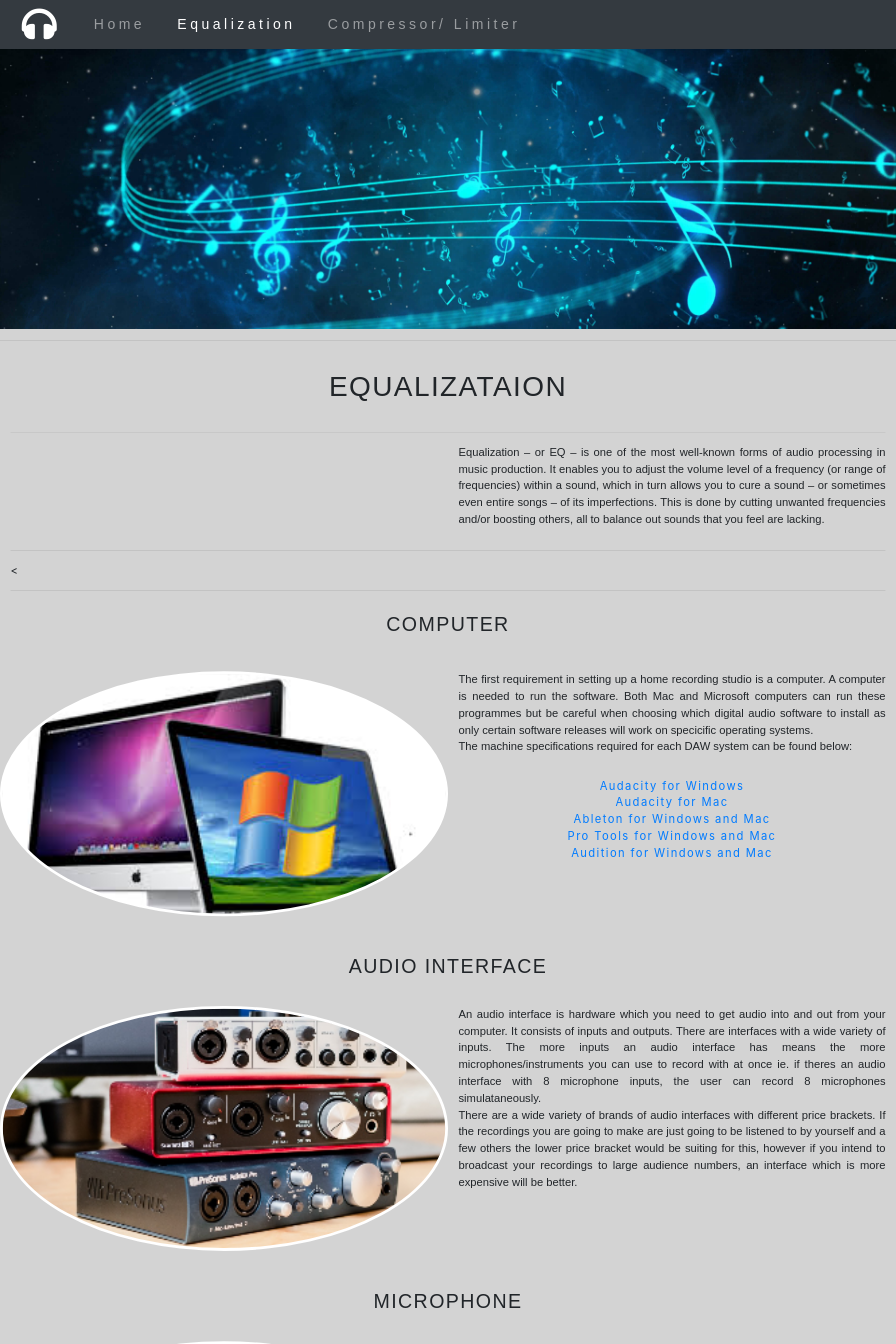
Repository: djjtyn/CIMilestoneProject1
Page: eq.html
The author's editor kept a record of every edit. The page is drawn from the files as they stood at one moment, then again after the next edit.
The browser window is 1280 px wide. The pictures show the part of the page from y = 0 to 1920 px (the page is 2651 px tall), at 70% of full size.
Some web libraries are served in a nearby version.

Above is the page before.
Console error (its wording comes from the project's code and is left out).

### eq.html
<!DOCTYPE html>
<html lang="en">
<head>
    <meta charset="UTF-8">
    <meta name="viewport" content="width=device-width, initial-scale=1.0">
    <meta http-equiv="X-UA-Compatible" content="ie=edge">
    <link rel="stylesheet" href="https://stackpath.bootstrapcdn.com/bootstrap/4.3.1/css/bootstrap.min.css" integrity="sha384-ggOyR0iXCbMQv3Xipma34MD+dH/1fQ784/j6cY/iJTQUOhcWr7x9JvoRxT2MZw1T" crossorigin="anonymous">
    <link href="https://cdnjs.cloudflare.com/ajax/libs/font-awesome/5.9.0/css/all.min.css" rel="stylesheet">
    <link rel="stylesheet" href="css/style.css" type="text/css" />
    <title>Digital Audio Workstation</title>
</head>
<body>
  <nav class="navbar navbar-expand-md navbar-dark bg-dark fixed">
            <div class="nav-brand">
                <i class="fas fa-headphones"></i>
            </div>
            <button class="navbar-toggler" type="button" data-toggle="collapse" data-target="#navbarResponsive" aria-hidden="true">
                <span class="navbar-toggler-icon"></span>
            </button>

            <div class="collapse navbar-collapse" id="navbarResponsive">
                <ul class="navbar-nav mr-auto">
                    <li class="nav-item">
                        <a class="nav-link" href="index.html">Home</a>
                    </li>
                      <li class="nav-item">
                        <a class="nav-link active" href="eq.html">Equalization</a>
                    </li>
                      <li class="nav-item">
                        <a class="nav-link" href="compressor.html">Compressor/ Limiter</a>
                    </li>
                </ul>
            </div>
        </nav> <!--NAVBAR-->

  <div class="no-gutters common-img "></div>                                  <!--COMMON PIC-->

  <hr>
                                                                            <!--MAIN-->
  <section class="container-fluid">
    <div class="row">
      <div class="col-12">
        <h1>EQUALIZATAION</h1>
      </div>
    </div>
    <hr>

    <div class="row">
      <div class="col-12 col-md-6 eq"></div>
      <div class="col-12 col-md-6">
        <p>Equalization – or EQ – is one of the most well-known forms of audio processing in music production. It enables you to adjust the volume level of a frequency (or range of frequencies) within a sound, which in turn allows you to cure a sound – or sometimes even entire songs – of its imperfections. This is done by cutting unwanted frequencies and/or boosting others, all to balance out sounds that you feel are lacking.</p>
      </div>
    </div>

    <hr>

    <

    </div>                            <!--Requirements-->

    <hr>

    <div class="row comp">
      <div class="col-12">
        <h3>Computer</h3>
      </div>

      <div class="col-12 col-md-6 computer"></div>
      <div class="col-12 col-md-6">
      <p>The first requirement in setting up a home recording studio is a computer. A computer is needed to run the software. Both Mac and Microsoft computers can run these programmes but be careful when choosing which digital audio software to install as only certain software releases will work on specicific operating systems.<br>
                   The machine specifications required for each DAW system can be found below:
                   <ul>
                       <li><a href="https://www.audacityteam.org/download/windows/#sysreq" target="_blank">Audacity for Windows</a></li>
                       <li><a href="https://www.audacityteam.org/download/mac/" target="_blank">Audacity for Mac</a></li>
                       <li><a href="https://help.ableton.com/hc/en-us/articles/115001663530-Live-10-Minimum-System-Requirements" target="_blank">Ableton for Windows and Mac</a></li>
                       <li><a href="http://avid.force.com/pkb/articles/compatibility/Pro-Tools-System-Requirements" target="_blank">Pro Tools for Windows and Mac</a></li>
                       <li><a href="https://helpx.adobe.com/ie/audition/system-requirements.html"target="_blank">Audition for Windows and Mac</a>
                    </ul>
                </p>
      </div>
    </div>


    <div class="row">
      <div class="col-12">
        <h3>Audio Interface</h3>
      </div>
    </div>

    <div class="row int">
      <div class="col-12 col-md-6 interface"></div>
      <div class="col-12 col-md-6">
        <p>An audio interface is hardware which you need to get audio into and out from your computer. It consists of inputs and outputs. There are interfaces with a wide variety of inputs. The more inputs an audio interface has means the more microphones/instruments you can use to record with at once ie. if theres an audio interface with 8 microphone inputs, the user can record 8 microphones simulataneously.<br>
          There are a wide variety of brands of audio interfaces with different price brackets. If the recordings you are going to make are just going to be listened to by yourself and a few others the lower price bracket would be suiting for this, however if you intend to broadcast your recordings to large audience numbers, an interface which is more expensive will be better.</p>
      </div>
    </div>

    <div class="row">
      <div class="col-12">
        <h3>Microphone</h3>
      </div>
    </div>

    <div class="row int">
      <div class="col-12 col-md-6 microphone"></div>
      <div class="col-12 col-md-6">
        A microphone will definatly be needed if you intent to record vocals. However, if you plan on just recording instrumentals with musical instruments the microphone may not be needed, as most amplifiers for electric instruments have line out capibilities that allow a 3/4 jack to be inserted ad routed direct to the interface,
        There is a wide variety of microphones which are dynamic microphones, condensor microphones and ribbon microphones.
      </div>
    </div>



  </section>



  <footer class="container-fluid links">
    <h5 class="uppercase">Useful Sites</h5>
    <div class="sos">
      <h6>Sound on Sound:</h6>
    <a href="https://www.soundonsound.com/" target="_blank"> <i class="fas fa-globe"></i></a>
    <a href="https://www.youtube.com/channel/UCFw2zGrdiLLAwbNQra1vtnA" target="_blank"><i class="fab fa-youtube"></i></a>
    <a href="https://www.facebook.com/soundonsoundmag/" target="_blank"><i class="fab fa-facebook"></i></a>
    </div>
    <div class="mwthm">
      <h6>Mix with the Masters:</h6>
    <a href="https://mixwiththemasters.com/" target="_blank"><i class="fas fa-globe"></i></a>
    <a href="https://www.youtube.com/user/MixWithTheMASTERS" target="_blank"><i class="fab fa-youtube"></i></a>
      <a href="https://www.facebook.com/MixWithTheMasters/" target="_blank"><i class="fab fa-facebook"></i></a>
    </div>
     <div class="pa">
      <h6>Production Advice:</h6>
    <a href="https://productionadvice.co.uk/" target="_blank"><i class="fas fa-globe"></i></a>
    <a href="https://www.youtube.com/channel/UCMFrnWIF6N5YtOZzmCGP16A" target="_blank"><i class="fab fa-youtube"></i></a>
     <a href="https://www.facebook.com/ProductionAdvice/" target="_blank"><i class="fab fa-facebook"></i></a>
    </div>

    <div class="copy">
      <small>&copy; Copyright 2019, Example Corporation</small>
    </div>




    </footer>

</body>
<script src="https://cdnjs.cloudflare.com/ajax/libs/jquery/3.2.1/jquery.min.js"></script>
<script src="https://cdnjs.cloudflare.com/ajax/libs/twitter-bootstrap/4.0.0-alpha.6/js/bootstrap.min.js"></script>
</html>

### css/style.css
h1, h2, h3 {
    text-align: center;
    font-family: Arial;
    padding: 5;
    margin:2%;
    letter-spacing: 2px;
    text-transform: uppercase;
}

h3{
    padding: 15px;
}

p{
    text-align: justify;
    font-family: Arial;
}


/*-------------------------------------------------NAVBAR---*/

nav{
    height: 70px;
    font-size: 20px;
    color: #fff;
}

.fa-headphones{
    padding-left: 15px;
    padding-right:15px;
    margin-right: 15px;
    font-size: 50px;
}

nav ul li {
    padding:15px;
    font-family: Arial;
    letter-spacing: 5px;}

/*-------------------------------------------------COMMON IMG---*/
.common-img {
    height: 400px;
    background-image: url("../images/bg.jpg");
    background-size: cover;
    background-repeat: no-repeat;
    background-position: center;
   width: 100%;
   }


/*-------------------------------------------------MAIN---*/
h1, h2, h3 {
    text-align: center;
}

body{
    background-color: #d3d3d3;
}

.pro-tools, .ableton, .audacity, .audition {
    display: inline-block;
    padding: 2%;
}

.icons {
    float:left;
    width:300px;
    padding:10px;
    text-align:center;
}

.icontxt{
    padding-right:40px;
    padding-left:40px;
    text-align:center;
    ;
}


/*-------------------------------------------------Requirements--*/
.comp h3{
    margin-bottom:35px;
    margin-top:0;
}

.comp ul {
    text-align:center;
    padding:15px;
}



.comp .fa-apple-alt{
    padding:10px;
}

.computer {
    height: 350px;
    background-image: url("../images/computer.jpeg");
    background-size: cover;
    background-repeat: no-repeat;
    border:4px solid #fff;
    border-radius:50%;
    width: 300px;
    float:right;
   }

.comptxt{
    padding:10px;


}




.interface{
    height: 350px;
    background-image: url("../images/interface.jpg");
    background-size: cover;
    background-repeat: no-repeat;
    border:4px solid #fff;
    border-radius:50%;
    width: 300px;
    padding:10;
    float:left;
   }

.microphone{
    height: 350px;
    background-image: url("../images/microphones.png");
    background-size: cover;
    background-repeat: no-repeat;
    background-position:center;
    border:4px solid #fff;
    border-radius:50%;
    width: 300px;
    padding:10;
    float:right;

}

.comp, .mic, .int{
    margin-bottom:15px;

   }

ul{
    list-style: none;
    letter-spacing: 2px;
}


/*-------------------------------------------------FOOTER---*/


footer {
    background-color: #000;
    margin-top:5%;


}

h5 {
    font-family: Arial;
    color: #fff;
    letter-spacing: 2px;
    text-decoration: underline;
    font-weight: 300;
    padding: 15px;
    margin: 5;
}

h6 {
    font-family: Arial;
    letter-spacing: 2px;
    color: white;
    font-size: 15px;
}

.links a, .links, h6 {
    display: inline-block;
    padding: 10px;}

footer i {
    height: 30px;
    width: 15px;
    color: #fff;
    padding: 8px;
    margin: 5px;
    transition-timing-function: ease-in-out;
    transition-duration: .5s;
}

.copy{
    color: #fff;
    text-align: center;
    margin-top: 20px;
}

footer .fa-facebook:hover {
  color: blue;
}

footer .fa-youtube:hover {
    color: red;
}

footer .fa-globe:hover{
    color:#228B22;
}

 /*-------------------------------------------------EQ---*/

 .eqtop{
    margin-bottom:35px;
    margin-top:0;
}

 }
 .eq{
     background-image: url("../images/EQ.png");
     background-size: cover;
     background-repeat: no-repeat;
     height: 300px;
     width:100%;}

 .oneband {
     height: 350px;
     width: 100%;
     background-image: url("../images/1band.png");
     background-size: contain;
     background-repeat: no-repeat;
     background-position: center;
     }

 .sevenband{
     height: 350px;
     width: 100%;
     background-image: url("../images/7band.jpg");
     background-size: contain;
     background-repeat: no-repeat;
     background-position: center;

 }

 /*-------------------------------------------------Compress/Limit---*/

 .compress{
     background-image: url("../images/spring.jpg");
     background-size: cover;
     height: 350px;
     width: 750px;
     background-repeat: no-repeat;
     background-position: center;}

.compresspic{
     background-image: url("../images/compressor.png");
     background-size: contain;
     background-repeat: no-repeat;
     background-position: center;
     width:100%;
}

.limiter{
     background-image: url("../images/Limiter.jpg");
     background-size: contain;
     background-repeat: no-repeat;
     background-position: center;
     width:100%;

}

After the next edit:
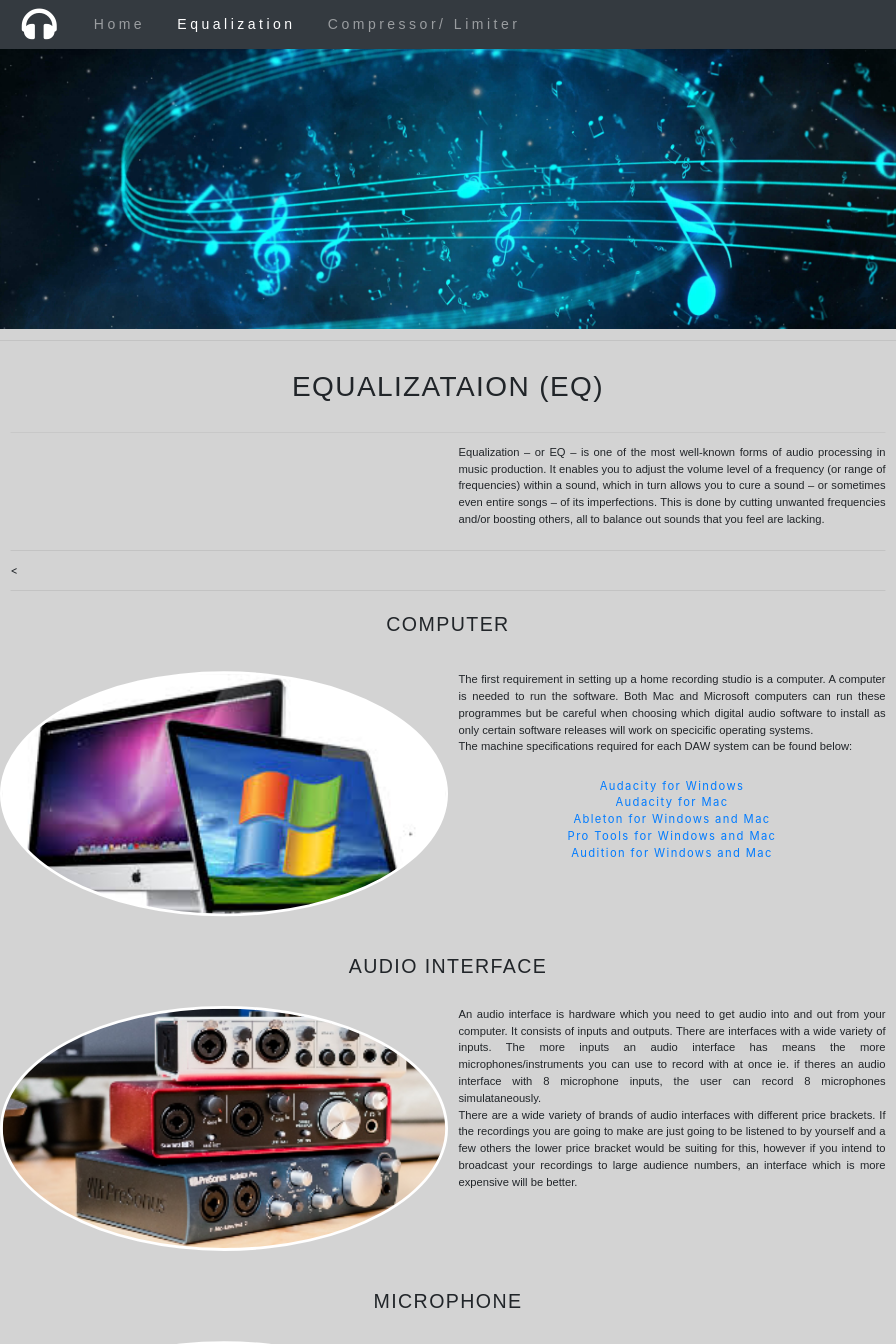
The edit:
--- a/eq.html
+++ b/eq.html
@@ -40,7 +40,7 @@
   <section class="container-fluid">
     <div class="row">
       <div class="col-12">
-        <h1>EQUALIZATAION</h1>
+        <h1>EQUALIZATAION (EQ)</h1>
       </div>
     </div>
     <hr>
